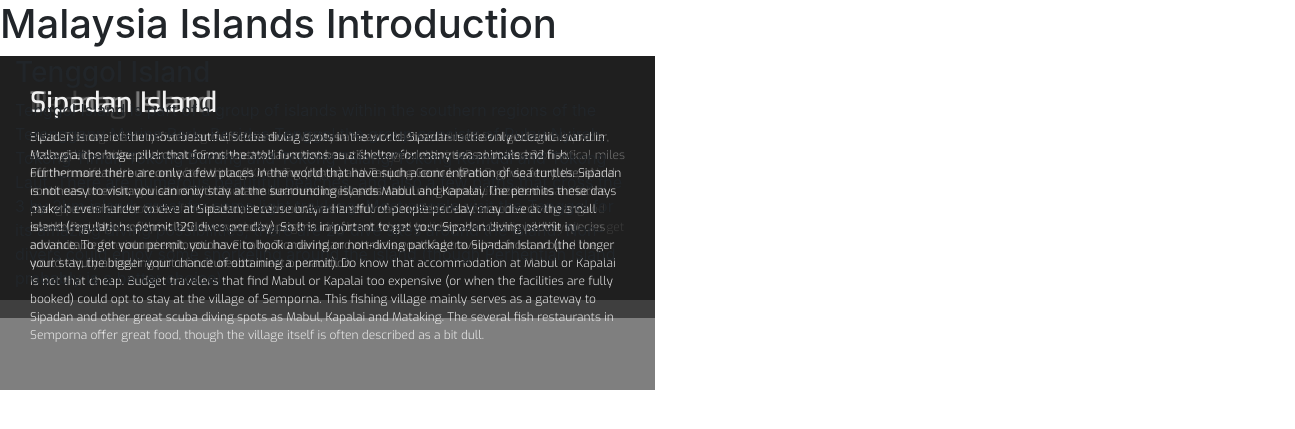
Repository: Code-Institute-Submissions/cathyann-diving.github.io
Page: islandsintro.html
The author's editor kept a record of every edit. The page is drawn from the files as they stood at one moment, then again after the next edit.
The browser window is 1280 px wide. The page is 1295 px wide, so the pictures cover 1295 px, including what lies to the right of the window. The pictures show the whole page.

Above is the page before.

After the next edit:
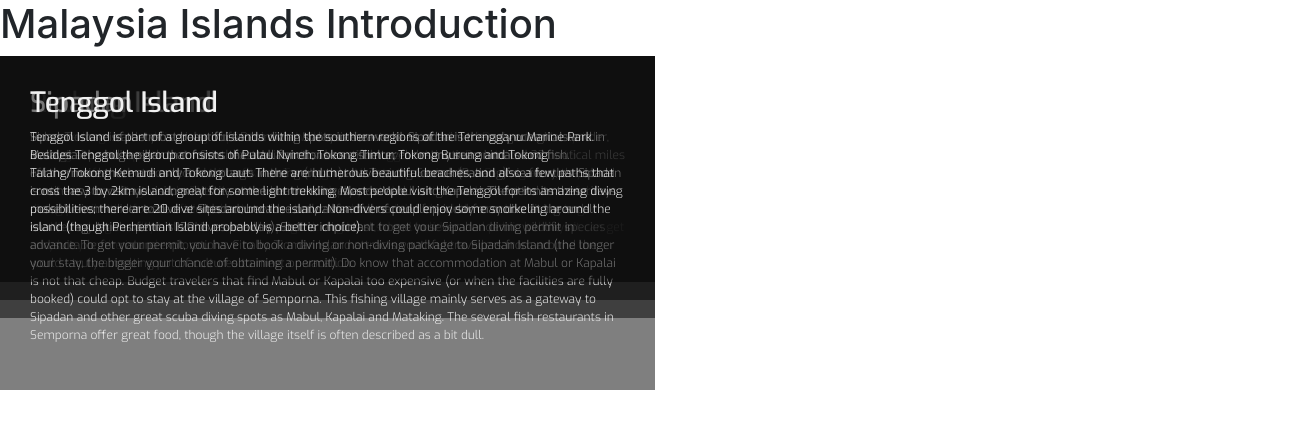
The edit:
--- a/islandsintro.html
+++ b/islandsintro.html
@@ -39,7 +39,7 @@
             </div>
             </div>
             <div class="container">
-            <div class="col col-12 col-sm-6 col-lg-6">
+            <div class="content col-12 col-sm-6 col-lg-6">
             <h3>Tenggol Island</h3>
             <p>
                 Tenggol Island is part of a group of islands within the southern regions of the Terengganu Marine Park. Besides Tenggol the group consists of Pulau Nyireh, Tokong Timur, Tokong Burung and Tokong Talang/Tokong Kemudi and Tokong Laut. There are numerous beautiful beaches, and also a few paths that cross the 3 by 2km island; great for some light trekking. Most people visit the Tenggol for its amazing diving possibilities; there are 20 dive sites around the island. Non-divers could enjoy some snorkeling around the island (though Perhentian Island probably is a better choice).
